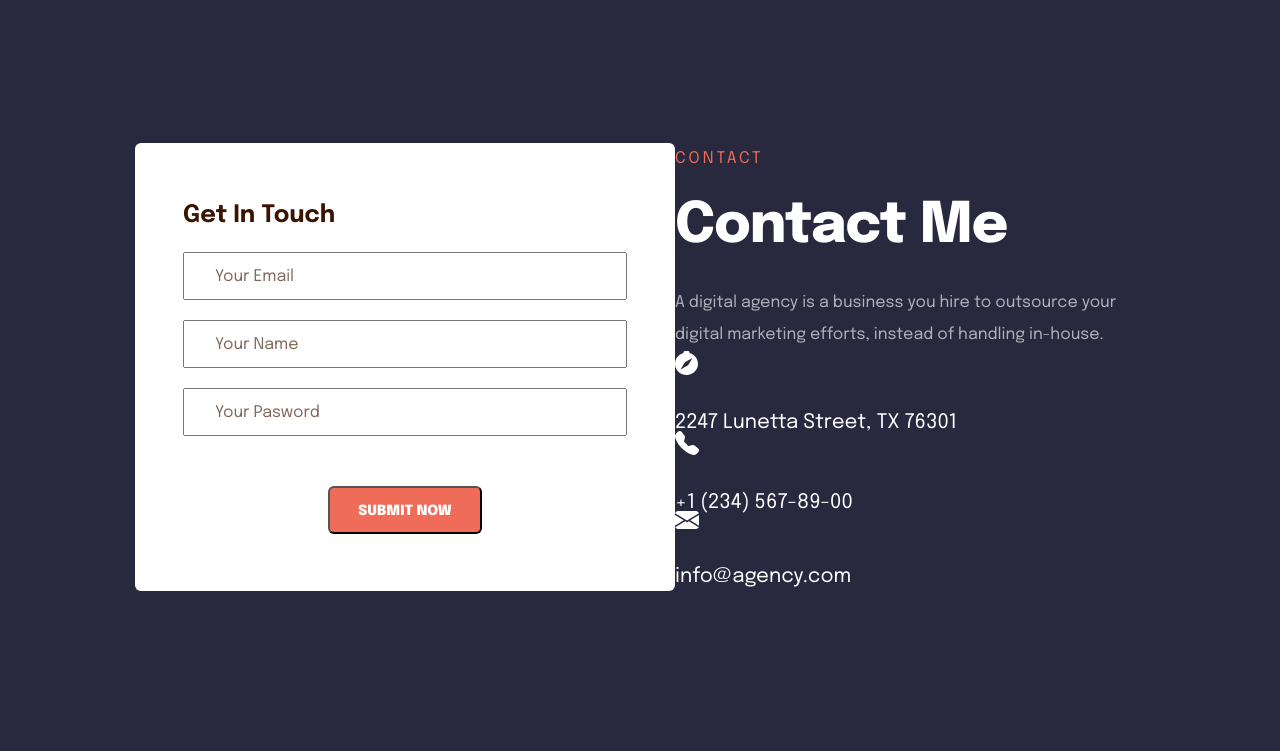
Repository: MehdiKerimov/Figma-Task-14
Page: index.html
The author's editor kept a copy of each file at every save. The page is drawn from the files as they stood at one save, then again after the next save.
The browser window is 1280 px wide. The pictures show the whole page.

Above is the page before, as saved 2023-10-07 15:29:49.

After the next save:
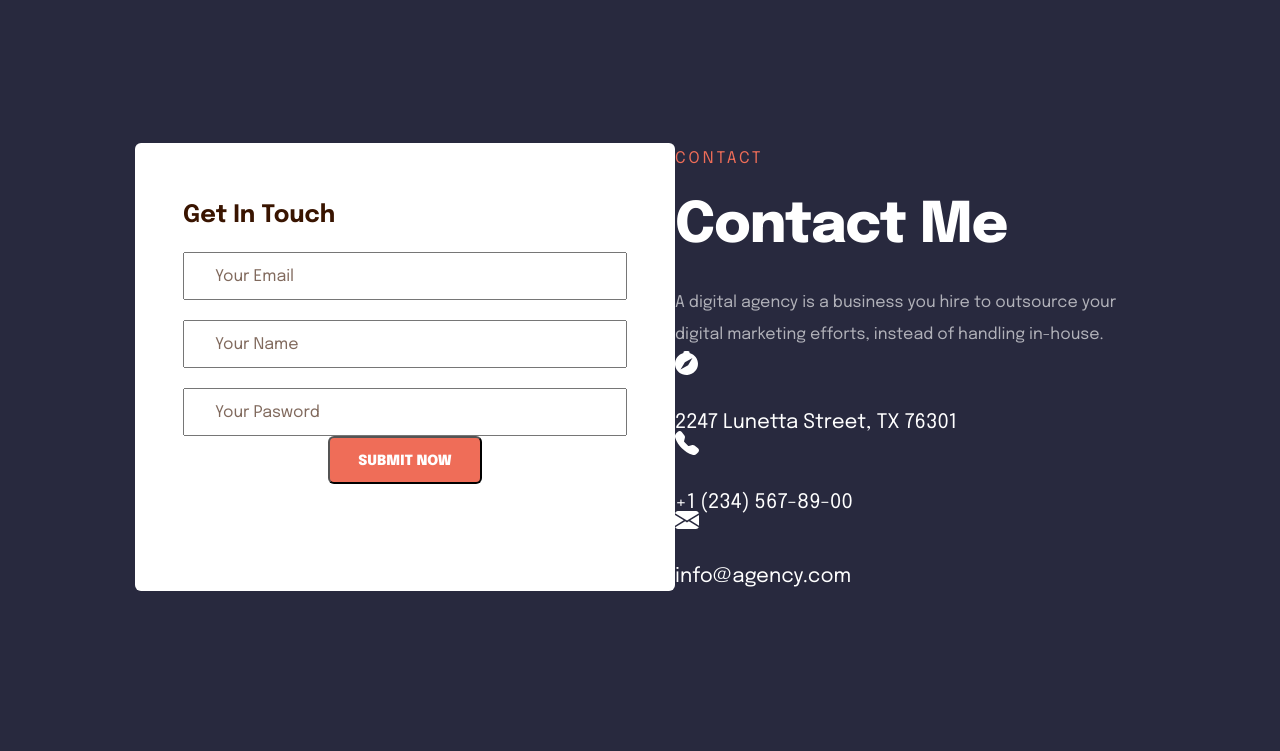
Saved 39 s later.
--- a/index.css
+++ b/index.css
@@ -52,6 +52,7 @@ input::placeholder {
   line-height: 32px;
 }
 .container .box-container button {
+  marg
   margin-top: 50px;
   width: 154px;
   height: 48px;
